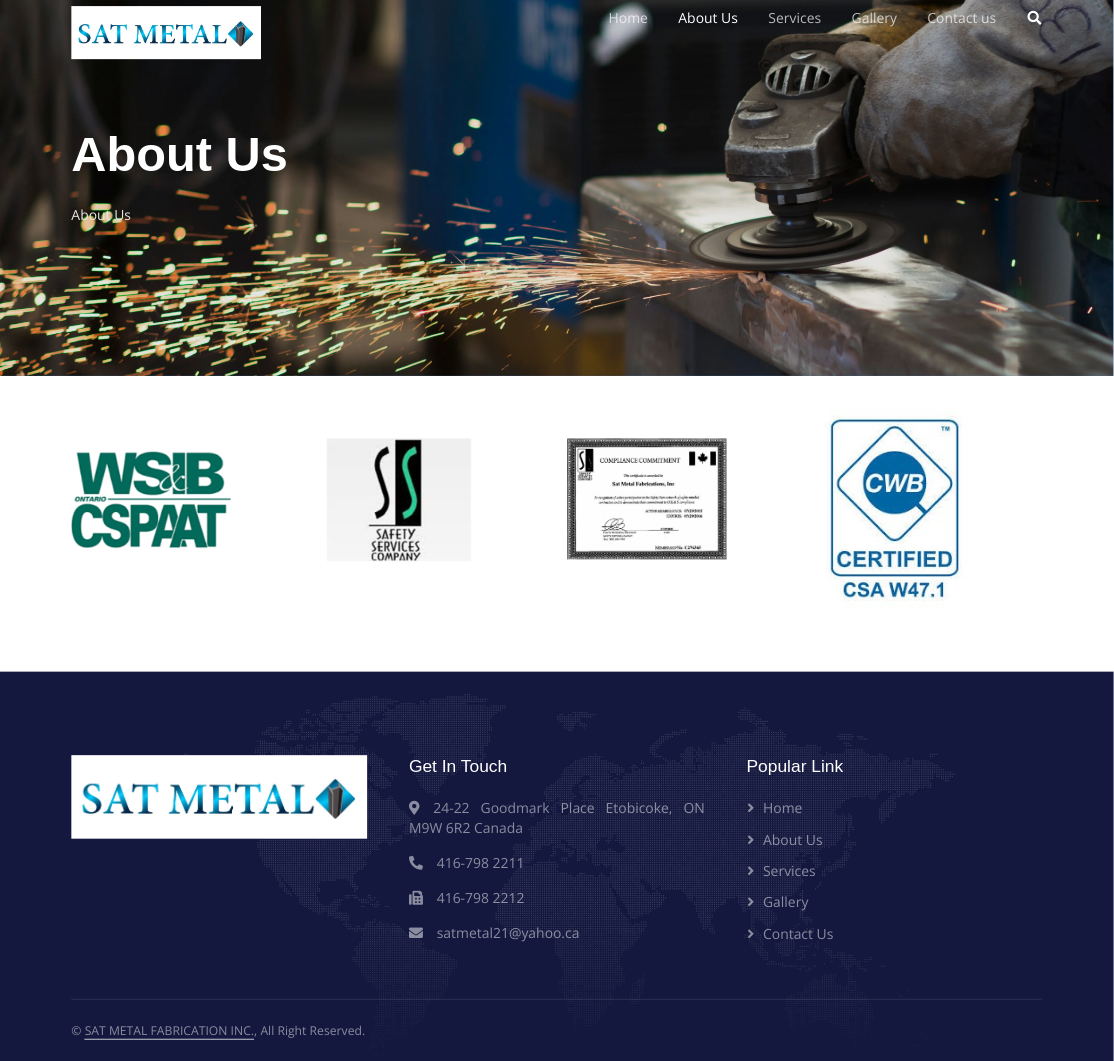
Repository: dzyte-services/satmetal
Page: http://localhost/about.php
The author's editor kept a copy of each file at every save. The page is drawn from the files as they stood at one save, then again after the next save.
The browser window is 1280 px wide. The pictures show the whole page, at 87% of full size.
Some web fonts or font styles are not loaded; a fallback is used. Some web libraries are served in a nearby version. The page is run by PHP 8.4 with error messages shown; the project is at /var/www/html/.

Above is the page before, as saved 2023-11-08 17:52:15.

After the next save:
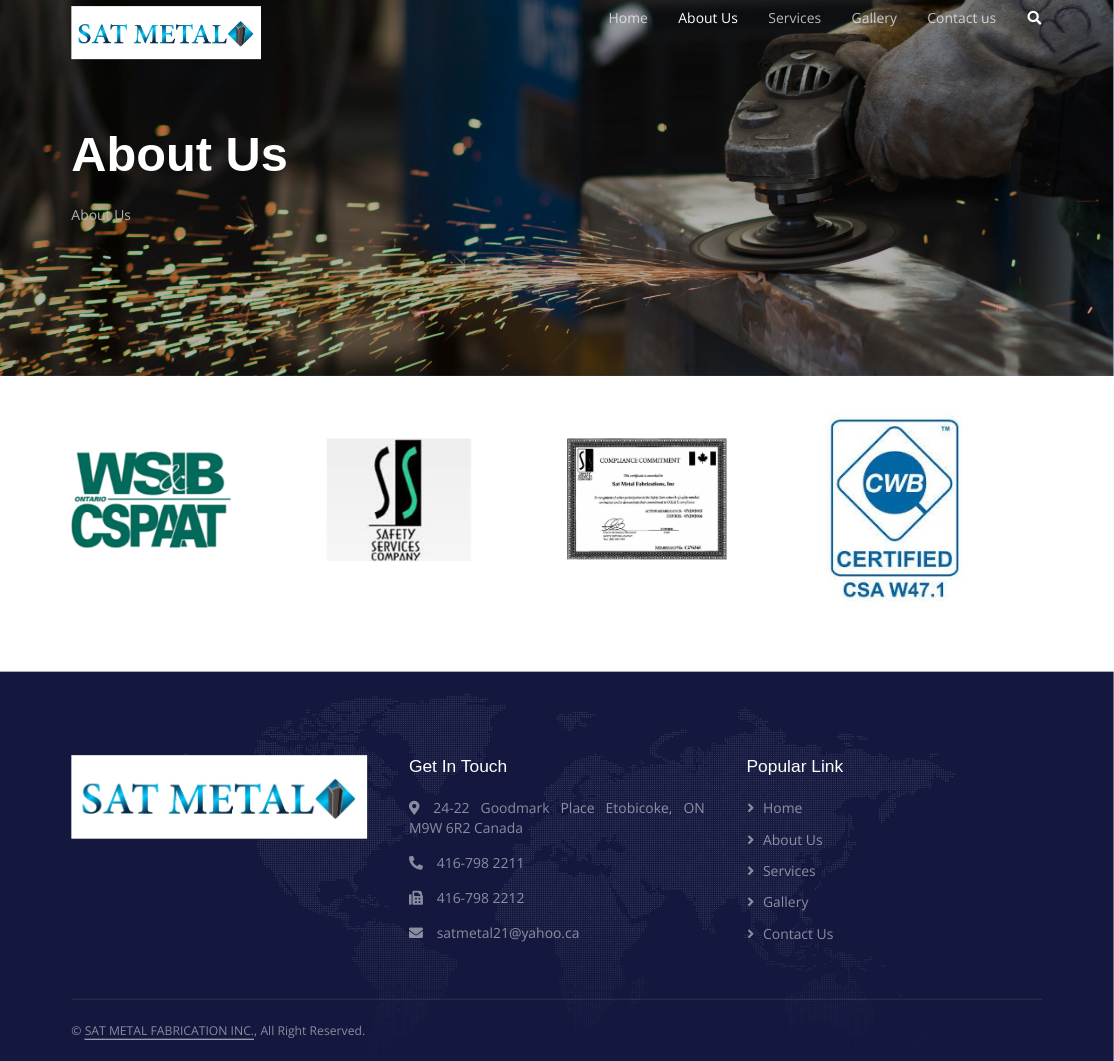
Saved 17 s later.
--- a/css/style.css
+++ b/css/style.css
@@ -162,7 +162,7 @@
     left: 0;
     width: 100%;
     height: 100%;
-    background: rgba(0, 0, 0, 0.1); /* Adjust the opacity as needed (0.5 for 50% opacity) */
+    background: rgba(0, 0, 0, 0.3); /* Adjust the opacity as needed (0.5 for 50% opacity) */
 }
 
 .hero-header .breadcrumb-item+.breadcrumb-item::before {
